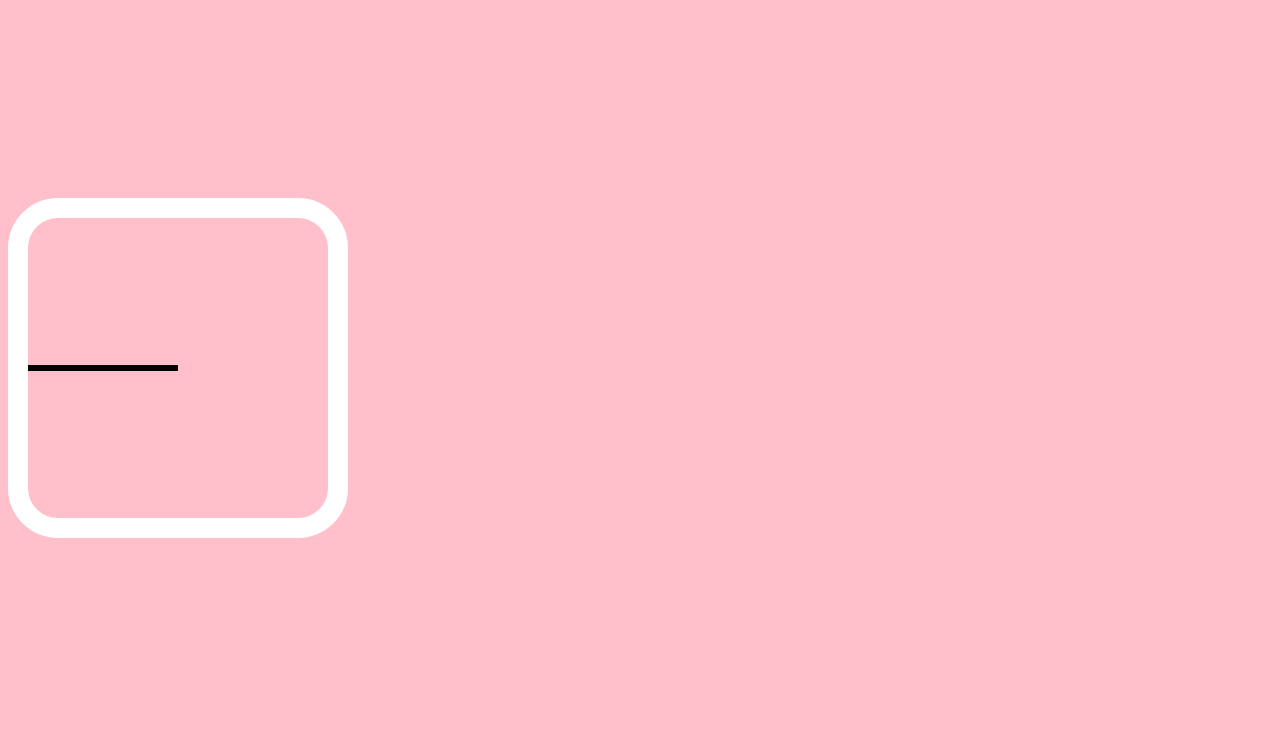
Repository: julieLyM/js-make-an-oclock
Page: index.html
An editor plug-in stored every save of this project. The page is shown before and after a run of saves, followed by the edit.
The browser window is 1280 px wide. The pictures show the whole page.

Above is the page before, as saved 2020-07-07 11:34:48.

### index.html
<!DOCTYPE html>
<html lang="en">
  <head>
    <meta charset="UTF-8" />
    <meta name="viewport" content="width=device-width, initial-scale=1.0" />
    <link rel="stylesheet" href="index.css" />
    <title>Document</title>
  </head>
  <body>
    <div class="clock">
      <div class="clock-circle">
        <div class="hand hour-hand"></div>
        <div class="hand min-hand"></div>
        <div class="hand sec-hand"></div>
      </div>
    </div>
  </body>
</html>

<script></script>

### index.css
html {
  background: pink;
  font-size: 10px;
  text-align: center;
}

body {
  font-size: 2rem;
  display: flex;
  flex: 1;
  min-height: 100vh;
  align-items: center;
}

.clock {

    width: 30rem;
    height: 30rem;
    border: 20px solid white;
    border-radius: 50px;


}

.clock-circle {
  position: relative;
  width: 100%;
  height: 100%;
  transform: translateY(-3px);
}

.hand {
  width: 50%;
  height: 6px;
  background: black;
  position: absolute;
  top: 50%;
}

After the next 4 saves:
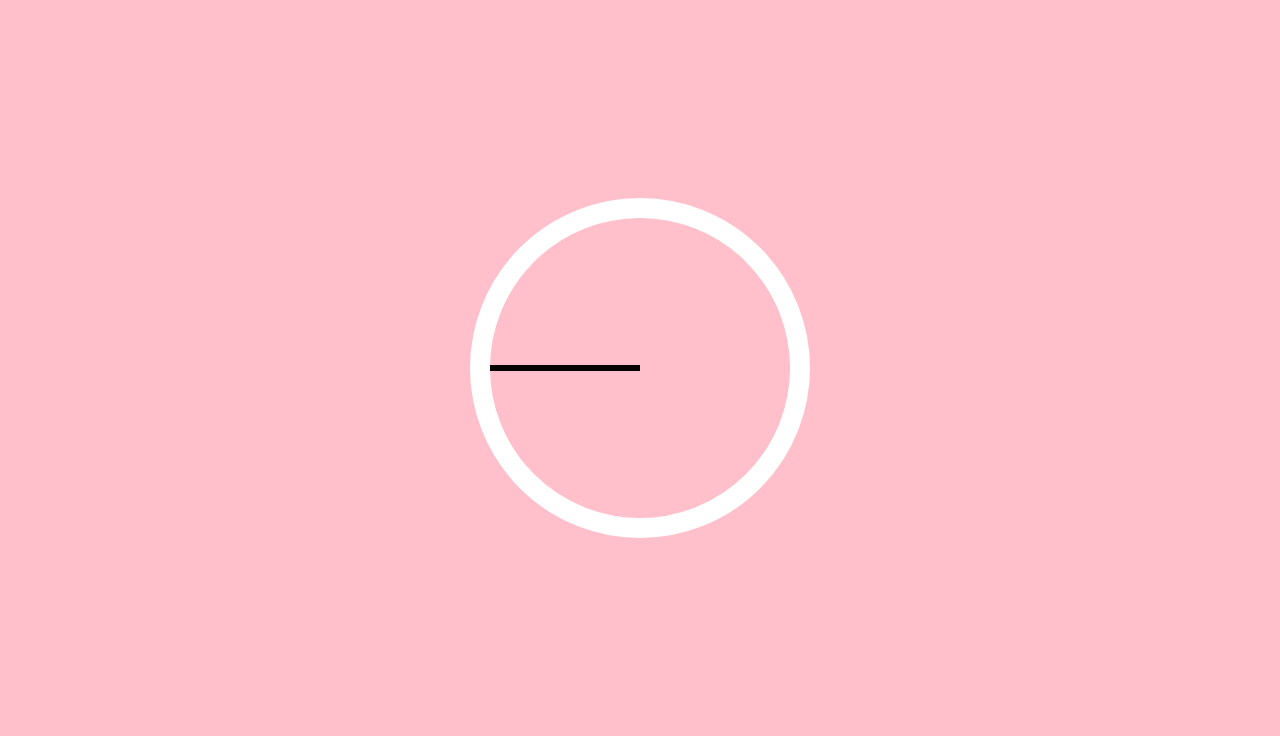
The 4 saves are shown as one change because they came seconds apart.
The last was saved 11 s later.
--- a/index.css
+++ b/index.css
@@ -13,13 +13,11 @@ body {
 }
 
 .clock {
-
-    width: 30rem;
-    height: 30rem;
-    border: 20px solid white;
-    border-radius: 50px;
-
-
+  width: 30rem;
+  height: 30rem;
+  border: 20px solid white;
+  border-radius: 50%;
+  margin: 50px auto;
 }
 
 .clock-circle {
